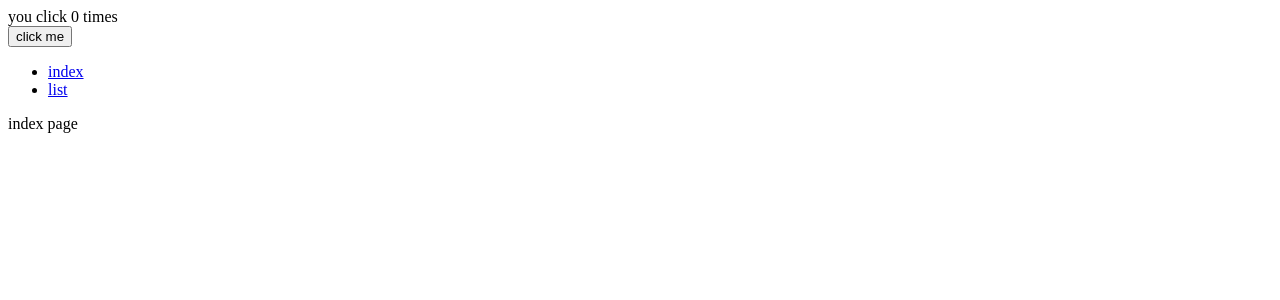
Repository: fuuka10969/react
Page: / (app in demo/react-hooks/demo01/)
The author's editor kept a copy of each file at every save. The page is drawn from the files as they stood at one save, then again after the next save.
The browser window is 1280 px wide. The pictures show the whole page.
The project was rebuilt for these pictures with package versions that can differ from the ones it lists, and the page was loaded fresh each time.

Above is the page before, as saved 2021-02-11 15:06:13.

### demo/react-hooks/demo01/src/index.js
import React from 'react';
import ReactDOM from 'react-dom';
// import Example from './Example';
import Example4 from './Example';
// import Example2 from './Example2';

ReactDOM.render(
    <Example4 />,
  document.getElementById('root')
);

### demo/react-hooks/demo01/src/Example.js
import React, { useState, useEffect, useContext } from 'react';
import {BrowserRouter as Router, Route, Link } from 'react-router-dom'

function Index() {
  useEffect(() => {
    console.log('hello, index useEffect')
    return () => {
      console.log('bye-bye index')
    }
  }, [])
  return (
    <div>index page</div>
  )
}

function List() {
  const [count, setCount] = useState(0)
  useEffect(() => {
    console.log('list useEffect')
    return () => {
      console.log('bye-bye list')
    }
  }, [count])
  return (
    <div>list page</div>
  )
}

function Example() {
  const [count, setCount] = useState(0) // 数组解构
  useEffect(() => {
    console.log('useEffect', count)
  })
  return (
    <div>
        <div>you click {count} times</div>
        <button onClick={() => setCount(count+1)}>click me</button>
        <Router>
          <ul>
            <li><Link to="/">index</Link></li>
            <li><Link to="/list/">list</Link></li>
          </ul>
          <Route path="/" exact component={Index}></Route>
          <Route path="/list" component={List}></Route>
        </Router>
      </div>
  )
}

export default Example;

### demo/react-hooks/demo01/src/Example4.js
import React, { useState, createContext, useContext } from 'react';

const CountContext = createContext()

function Counter() {
  let count = useContext(CountContext)
  return (
    <div>{count}</div>
  )
}

function Example4() {
  const [count, setCount] = useState(0) // 数组解构
  return (
    <div>
      <div>you click {count} times</div>
      <button onClick={() => setCount(count+1)}>click me</button>
      <CountContext.Provider value={count}>
        <Counter />
      </CountContext.Provider>
    </div>
  )
}

export default Example4;

Loaded but not shown: demo/react-hooks/demo01/public/index.html (common file)

After the next save:
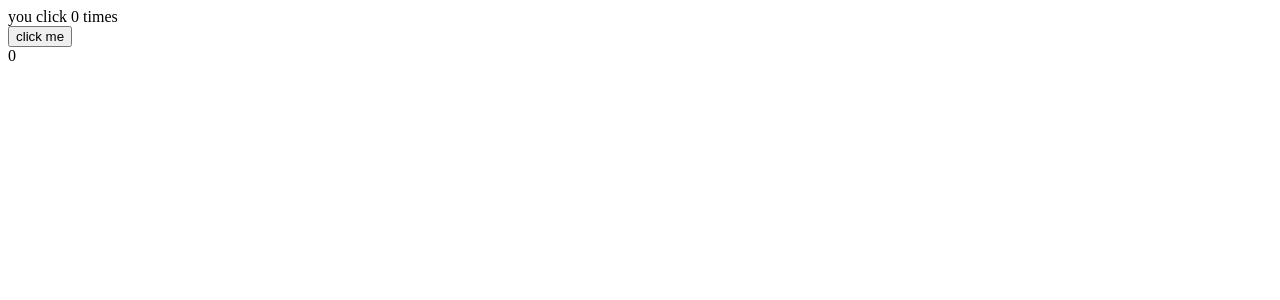
Saved 20 s later.
--- a/demo/react-hooks/demo01/src/index.js
+++ b/demo/react-hooks/demo01/src/index.js
@@ -1,7 +1,7 @@
 import React from 'react';
 import ReactDOM from 'react-dom';
 // import Example from './Example';
-import Example4 from './Example';
+import Example4 from './Example4';
 // import Example2 from './Example2';
 
 ReactDOM.render(
